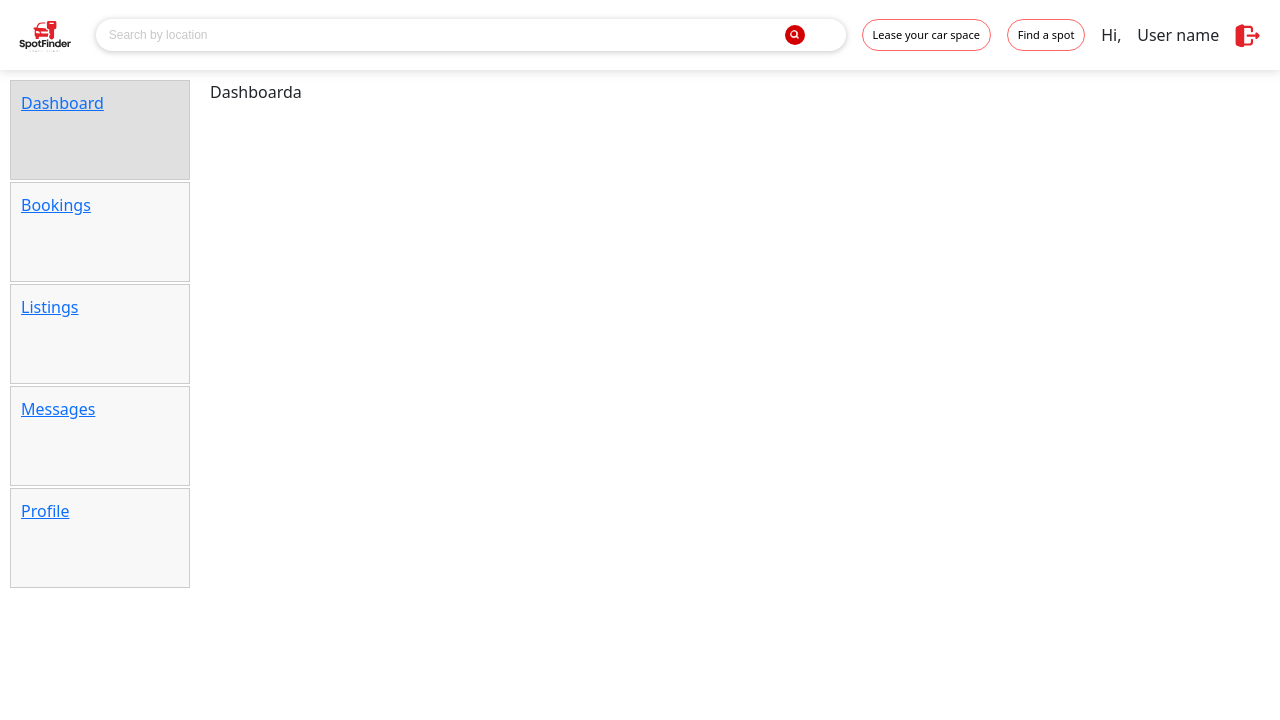
Repository: UNSWSpotFinder/SpotFinder
Page: /dashboard (app in frontend/)
The author's editor kept a copy of each file at every save. The page is drawn from the files as they stood at one save, then again after the next save.
The browser window is 1280 px wide. The pictures show the whole page.
The project was rebuilt for these pictures with package versions that can differ from the ones it lists, and the page was loaded fresh each time. Also part of the build but not shown: frontend/src/Login.css, frontend/src/Login.jsx, frontend/src/Regist.css, frontend/src/Regist.jsx, frontend/src/HomePage.jsx, frontend/src/App.css, frontend/src/components/Bookings.jsx, frontend/src/components/Listings.jsx and 2 more.

Above is the page before, as saved 2024-03-09 20:33:00.

After the next save:
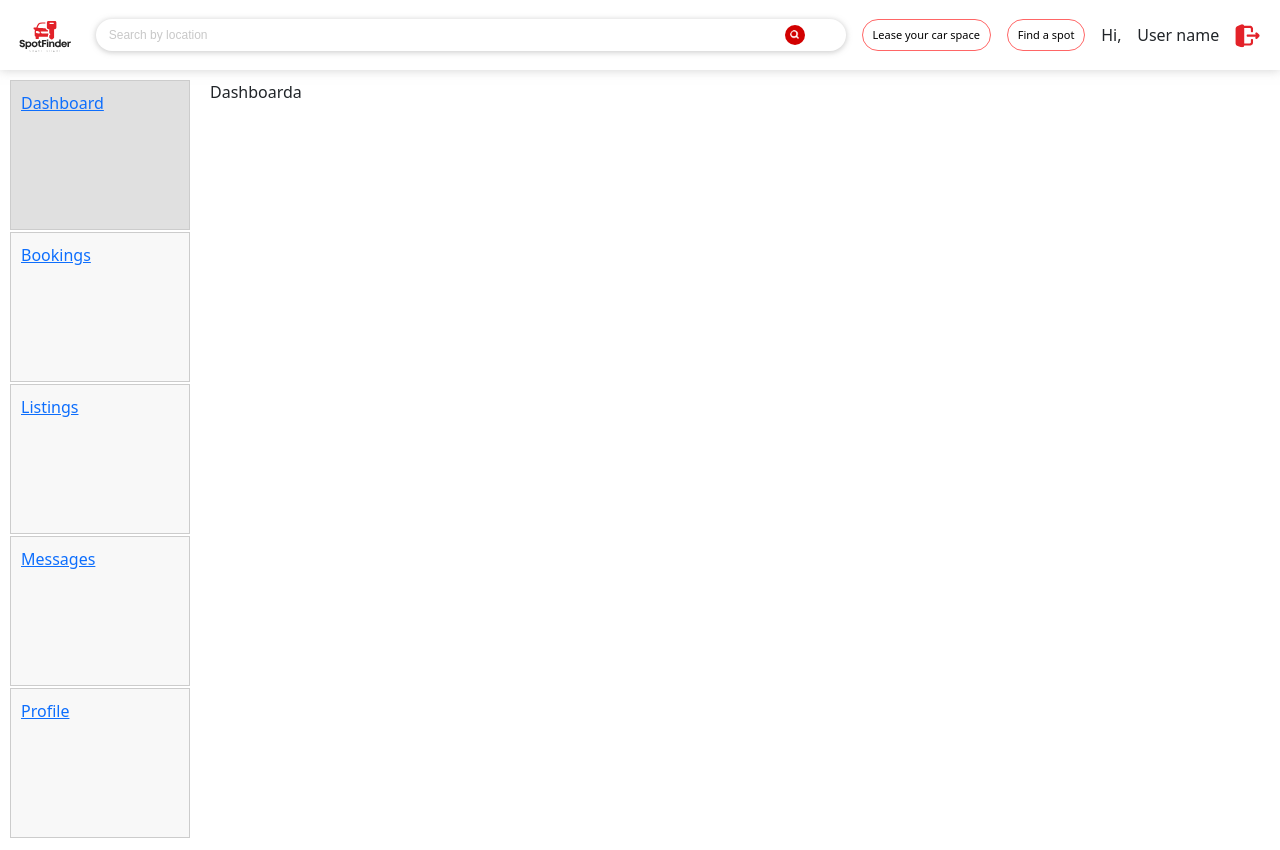
Saved 4 s later.
--- a/frontend/src/components/DashboardTop.css
+++ b/frontend/src/components/DashboardTop.css
@@ -59,7 +59,7 @@
 
   .side-nav-spcific {
     background-color: #f5f5f5; /* 浅色背景 */
-    height: 100px;
+    height: 150px;
     margin-bottom: 2px;
     padding: 10px; /* 内边距 */
     border: 1px solid #cccccc; /* 添加底部边框 */
